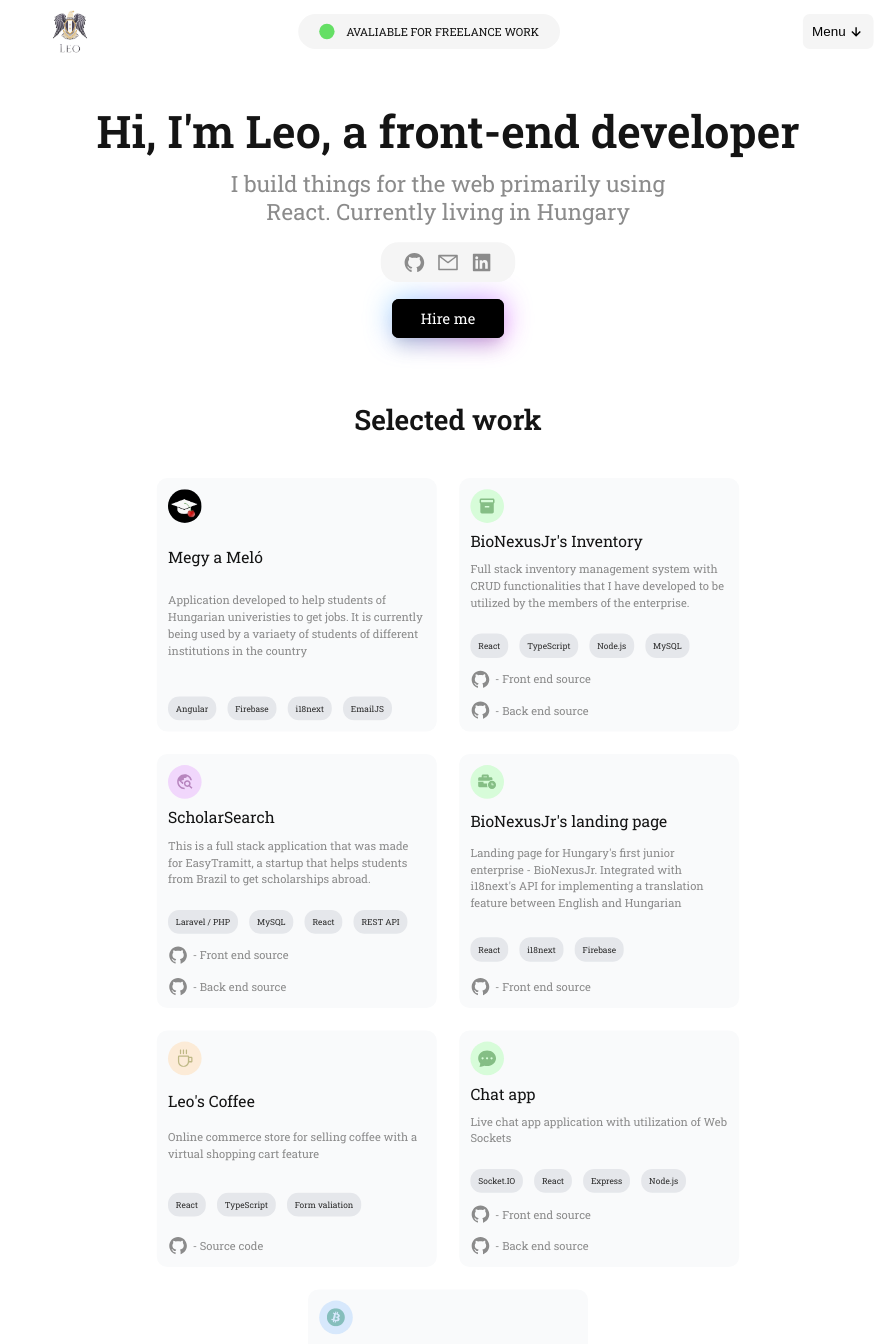
Repository: Leoka2000/portfolio-final
Page: /
These files come from the project's save history. The page is drawn as it stood at one moment and after the next save; the edit follows.
The browser window is 1280 px wide. The pictures show the part of the page from y = 0 to 1920 px (the page is 3329 px tall before and 3289 px after), at 70% of full size.
Some web fonts or font styles are not loaded; a fallback is used. The project was rebuilt for these pictures with package versions that can differ from the ones it lists, and the page was loaded fresh each time. Some packages were replaced by stand-ins written for this rebuild. Also part of the build but not shown: src/App.css. Imported but missing from the stored project, and not drawn on this page: src/assets/BioNexus.mp4, src/assets/LeoCV.pdf, src/assets/ScholarSearch.mp4, src/assets/chat-app.mp4.

Above is the page before, as saved 2023-09-05 12:28:15.

After the next save:
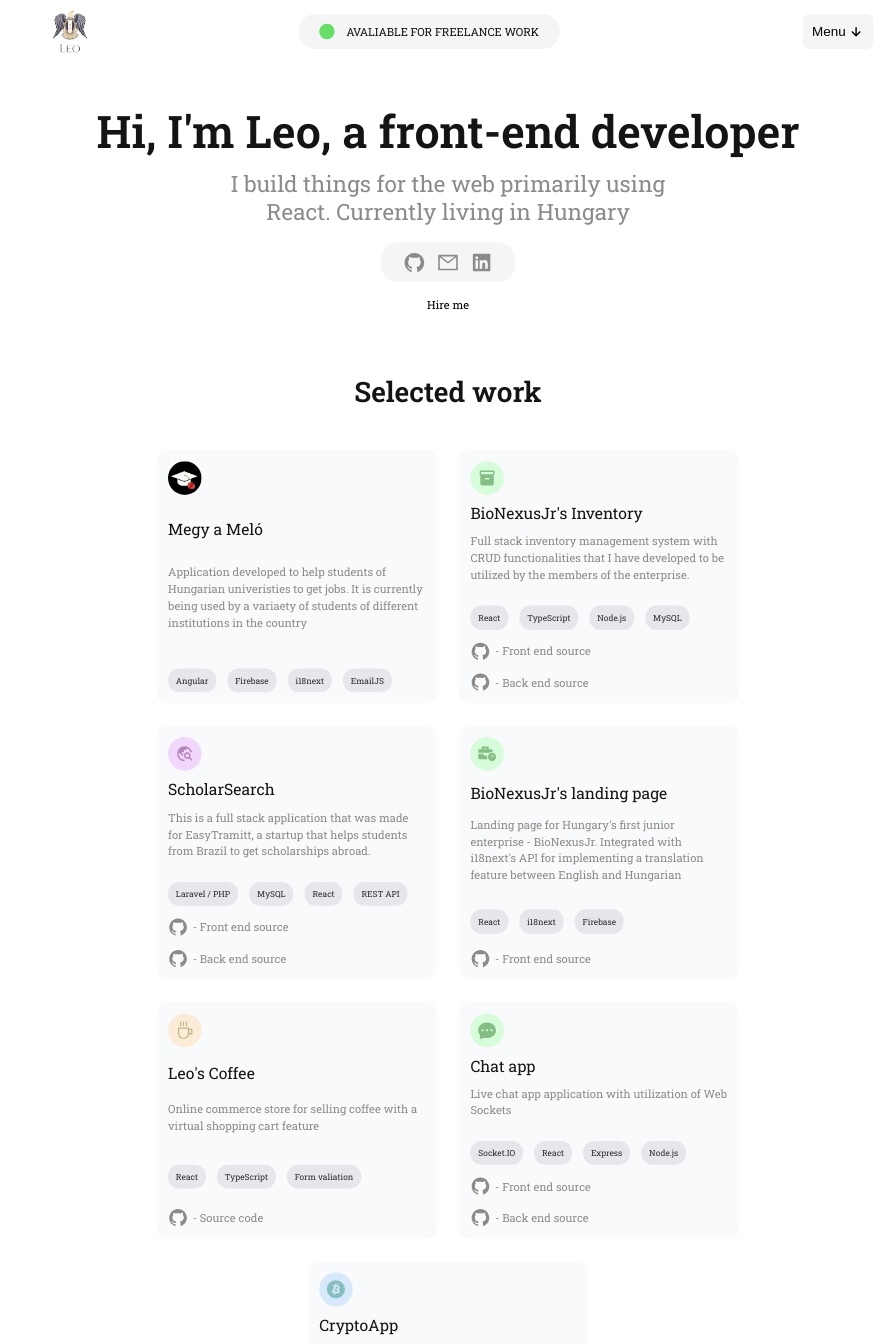
Saved 8 min 8 s later.
--- a/src/pages/main/hero/hero.jsx
+++ b/src/pages/main/hero/hero.jsx
@@ -16,7 +16,7 @@ const hero = () => {
           <a href='https://github.com/Leoka2000'><AiOutlineMail/> </a>
           <a><AiFillLinkedin/></a>
         </div>
-        <button className='hero-btn'> <Link to="contact" spy={true} smooth={true} offset={100} duration={500}>Hire me</Link></button>
+     <Link  className='hero-btn' to="contact" spy={true} smooth={true} offset={100} duration={500}>Hire me</Link>
       </section>
     </>
   )

After the save that followed:
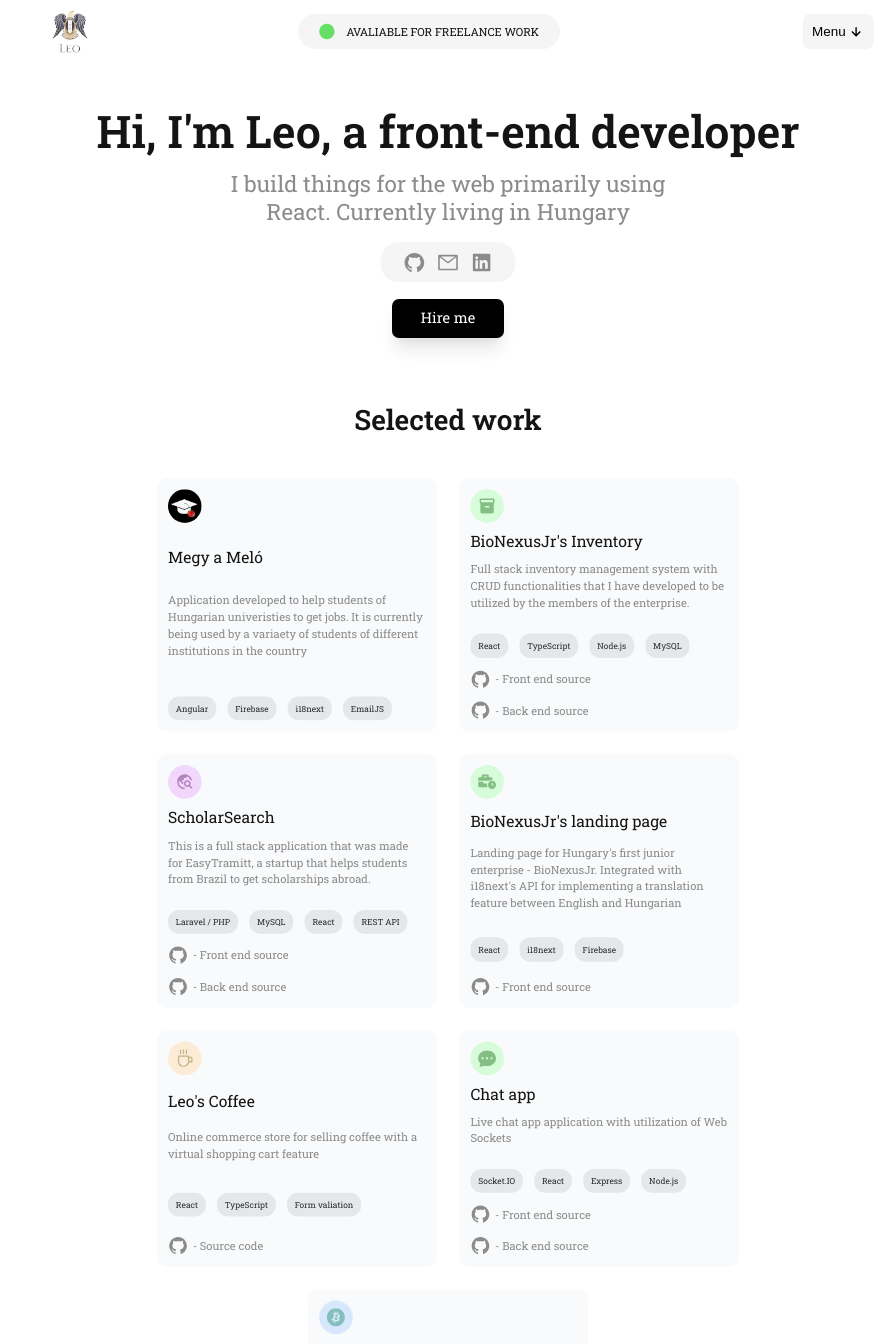
Saved 17 s later.
--- a/src/pages/main/hero/hero.css
+++ b/src/pages/main/hero/hero.css
@@ -44,7 +44,7 @@
 }
 
 
-.hero-section > button {
+.hero-section > a {
     font-family: 'Fira Sans Extra Condensed', sans-serif;
 
     font-family: 'Inter', sans-serif;
